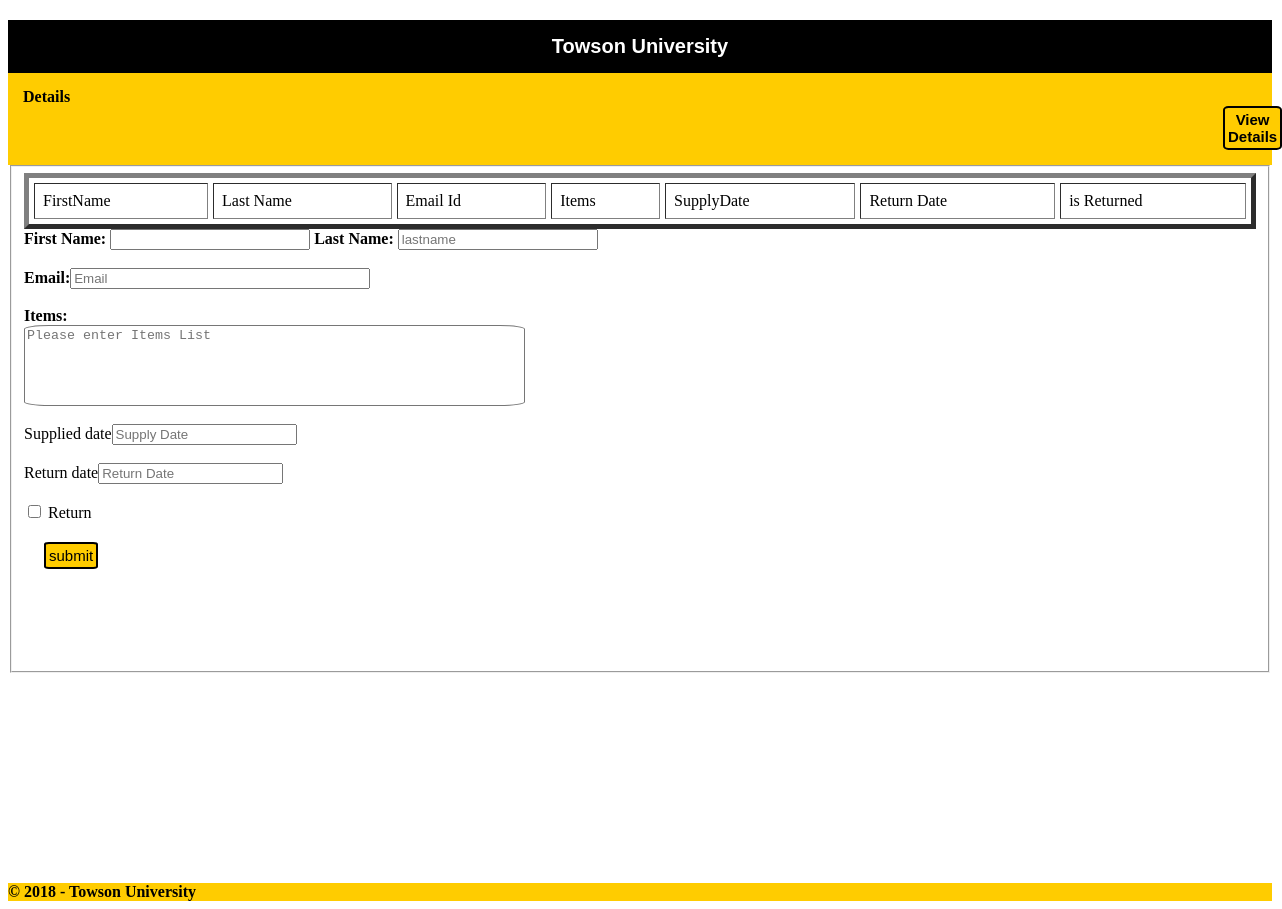
Repository: DatabaseCOSC578/eclipse-workspace11
Page: http://localhost/Supervisor/Supervisorshow.jsp
An editor plug-in stored every save of this project. The page is shown before and after the next save, followed by the edit.
The browser window is 1280 px wide. The page is 1282 px wide, so the pictures cover 1282 px, including what lies to the right of the window. The pictures show the whole page.
The page is served by Tomcat 9. Other server files are loaded and not shown.

Above is the page before, as saved 2018-04-16 03:13:15.

### Supervisor/WebContent/Supervisorshow.jsp
<html>
<head>
    <link href="css/layout1.css" rel="stylesheet">
</head>
<body>
<header><center>Towson University</center></header>
<form name="inputdetails" action="store" method="post" id="form1">
<div><b>Details</b>


<button id ="b1" type="submit" formaction="Supervisorshow.jsp">View Details</button>


</div>
<fieldset>

<TABLE  BORDER="5" colspan="2"  WIDTH="100%"   CELLPADDING="8" CELLSPACING="5">
   <TR>
      <TD>FirstName</TD>
      <TD>Last Name</TD>
      <TD>Email Id</TD>
      <TD>Items</TD>
      <TD>SupplyDate</TD>
      <TD>Return Date</TD>
      <TD>is Returned </TD>
   </TR>
</TABLE>









<b>First Name:</b> <input type=text style="width: 200px;" name="fname "> <b>Last Name:</b> <input type=text style="width: 200px;" name="lname " placeholder="lastname"><br><br>
<b>Email:</b><input type=text style="width: 300px; align:center;" name="custname" placeholder="Email "><br><br>
<b>Items:</b></br>
<textarea rows="5" cols="60"  maxlength="260" name="items" placeholder="Please enter Items List">
</textarea> <br><br>

Supplied date<input type=text name="sdate" placeholder="Supply Date" ><br><br>
Return date<input type=text name="rdate" placeholder="Return Date" ><br><br>
<input type="checkbox" name="return" value="1"> Return<br>
<input type=submit value=submit> <br><br><br><br><br>
</fieldset>
</form>
</body>
<footer> &copy 2018 - Towson University</footer>
</html>

### Supervisor/WebContent/css/layout1.css
header {
	position: relative;
	color: #FFFFFF;
	font-family: sans-serif;
	font-size: 20px;
	text-align:left;
	background-color: #000000;
	margin: 20;
	margin-left:0;
	margin-bottom:0;
	margin-right:0;

	padding: 15;
	font-weight:700;
}

div {
	background-color: #fc0;
	margin: 0;
	margin-top:0;
	padding: 15;
}

#fs {
	margin-top: 5;
	border: solid;
}

footer {
	font-weight: 800;
	text-color: solid #000000;
	background-color: #fc0;
	margin-top: 210;
}
textarea{
	resize:none;
	border-radius:5%;
}
input[type="submit"] {
	align:center;
	margin: 20px;
	background-color: #fc0;
	padding: 3;
	text-align:center;
	text-weight: 700;
	border: solid 2px;
	font-size: 15;
	border-radius: 9%;
}
input[type="submit"]:hover {
	cursor:pointer;
}

#abc{
align:center;
margin-left:800;
}

#b1 {
		align:center;
	margin-left: 1200;
	background-color: #fc0;
	padding: 3;
	text-align:center;
	text-weight: 700;
	border: solid 2px;
	font-size: 15;
	font-weight:700;
	border-radius: 9%;
	position:relative;
}

#b1:hover {
	cursor:pointer;
}

After the next save:
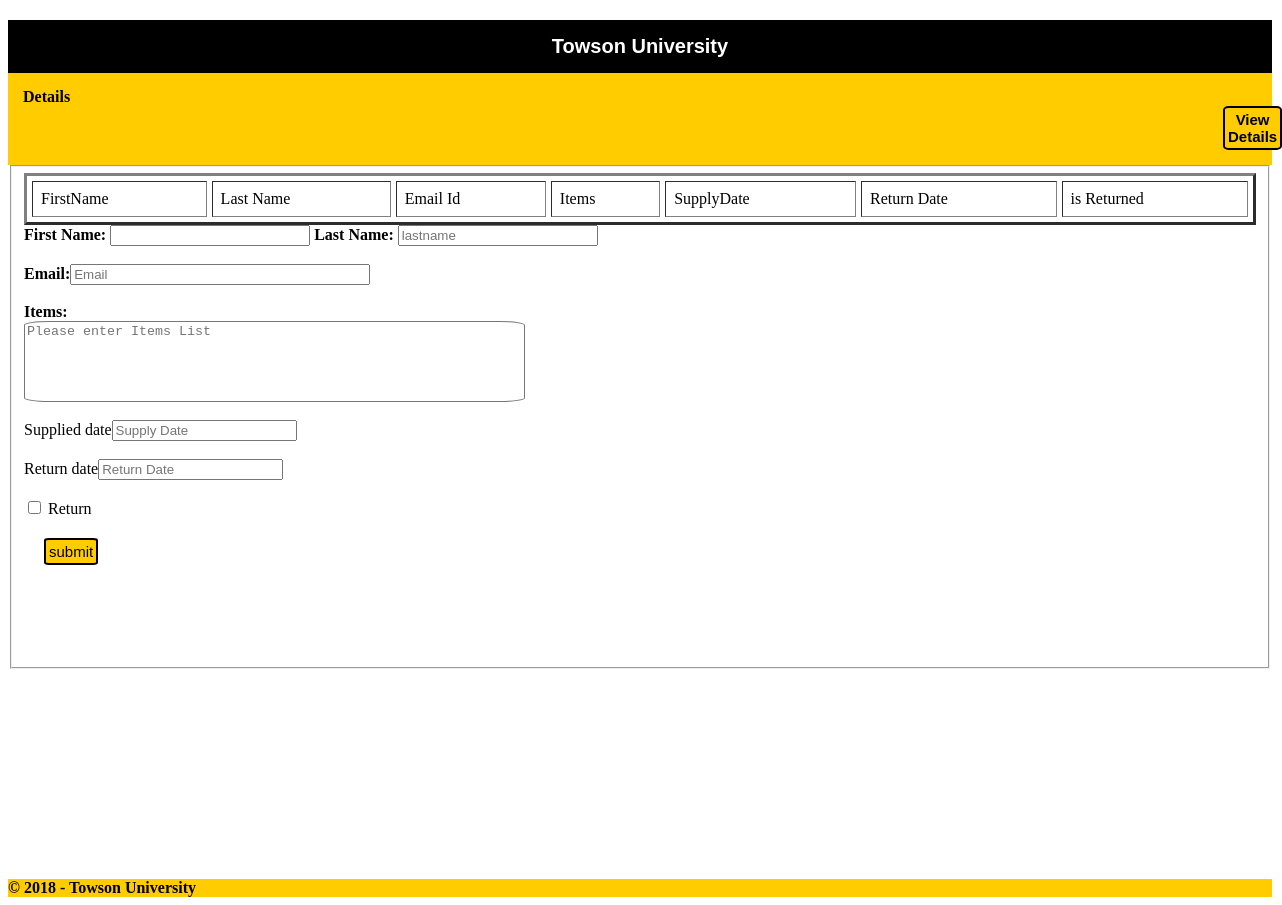
Saved 24 s later.
--- a/Supervisor/WebContent/Supervisorshow.jsp
+++ b/Supervisor/WebContent/Supervisorshow.jsp
@@ -14,7 +14,7 @@
 </div>
 <fieldset>
 
-<TABLE  BORDER="5" colspan="2"  WIDTH="100%"   CELLPADDING="8" CELLSPACING="5">
+<TABLE  BORDER="3" colspan="2"  WIDTH="100%"   CELLPADDING="8" CELLSPACING="5">
    <TR>
       <TD>FirstName</TD>
       <TD>Last Name</TD>
